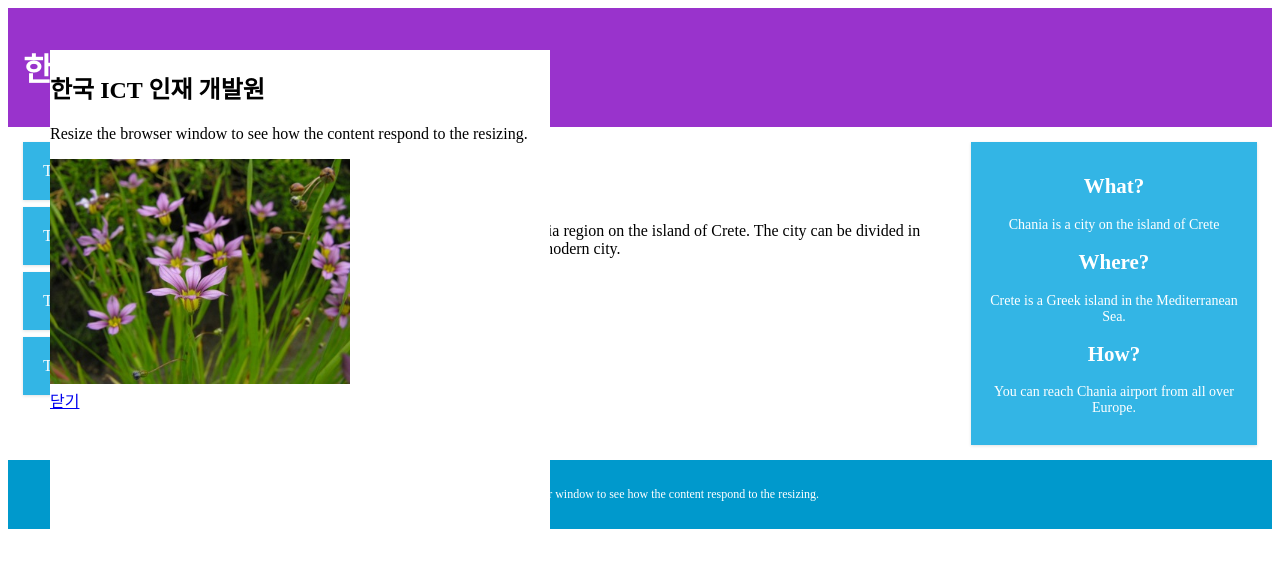
Repository: ady0099/webstudy
Page: 03_javascript/src/main/webapp/day02/ex18_event.html
An editor plug-in stored every save of this project. The page is shown before and after the next save, followed by the edit.
The browser window is 1280 px wide. The pictures show the whole page.
After loading, the first visible `a` was clicked once.

Above is the page before, as saved 2023-06-28 08:06:34.

### 03_javascript/src/main/webapp/day02/ex18_event.html
<!DOCTYPE html>
<html>
	<head>
		<meta charset="UTF-8">
		<title>반응협 웹 페이지</title>
		<style>
			*{
				box-sizing: border-box;
			}
			.header{
				background-color: #9933cc;
				color:white;
				padding:15px;
			}
			/* ::after => 요소의 콘텐츠 끝부분에 생성된 콘텐츠를 추가한다. */
			/* ::before => 요소의 콘텐츠 시작부분에 생성된 콘텐츠를 추가한다. */
			/* content:""; => */
			.row::after{
				content: "";
				display: block;
				clear: both;
			}
			.footer{
				/* clear:both; */ /* float: left 해제 */
				clear:both;
				background-color: #0099cc;
				color:white;
				text-align: center;
				font-size:12px;
				padding:15px;
			}
			.menu ul{
				list-style-type: none;
				margin:0;
				padding:0;
			}
			.menu li{
				padding:20px;
				margin-bottom:7px;
				background-color: #33b5e5;
				color:white;
				box-shadow: 0 1px 3px rgba(0,0,0,0.12);
			}
			.menu li:hover{
				background-color: #0099cc;
			}
			[class*="col-"]{
				float:left;
				padding:15px;
			}
			.aside{
				background-color: #33b5e5;
				padding:15px;
				color:white;
				text-align: center;
				font-size: 14px;
				box-shadow: 0 1px 3px rgba(0,0,0,0.12);
			}
			.col-1{width:8.33%;}
			.col-2{width:16.66%;}
			.col-3{width:25%;}
			.col-4{width:33.33%;}
			.col-5{width:41.66%;}
			.col-6{width:50%;}
			.col-7{width:58.33%;}
			.col-8{width:66.66%;}
			.col-9{width:75%;}
			.col-10{width:83.33%;}
			.col-11{width:91.66%;}
			.col-12{width:100%;}

			@media only screen and (max-width:760px){
				[class*="col-"]{
				  width: 100%;
			   }
			}
			div#popup{
				width: 500px;
				height: 800px;
				position: fixed;
				top:50px;
				left:50px;
				overflow: hidden;
				background-color: white;
			 }
		</style>

	</head>
	<body>
		<div class="header">
			<h1>한국 ICT 인재 개발원</h1>
		</div>
		<div class="row">
			<div class="col-3 menu">
				<ul>
					<li>The Flight</li>
					<li>The City</li>
					<li>The Island</li>
					<li>The Food</li>
				</ul>
			</div>
			<div class="col-6">
				<h1>The City</h1>
				<p>Chania is the capital of the Chania region on the island of Crete.
				The city can be divided in two parts, the old town and the modern city.</p>
			</div>
			<div class="col-3 right">
				<div class="aside">
					<h2>What?</h2>
					<p>Chania is a city on the island of Crete</p>
					<h2>Where?</h2>
					<p>Crete is a Greek island in the Mediterranean Sea.</p>
					<h2>How?</h2>
					<p>You can reach Chania airport from all over Europe.</p>
				</div>
			</div>
			<div class="footer">
				<p>Resize the browser window to see how the content respond to the resizing.</p>
			</div>
			<div id="popup">
				<h2>한국 ICT 인재 개발원</h2>
				<p>Resize the browser window to see how the content respond to the resizing.</p>

				<img alt="" src="../images/flower.jpg" width="300px">
				<div><a href="#" onclick="closed()">닫기</a></div>
			</div>
		</div>
	</body>
	<script type="text/javascript">
		function closed(){

		}
	</script>
</html>

After the next save:
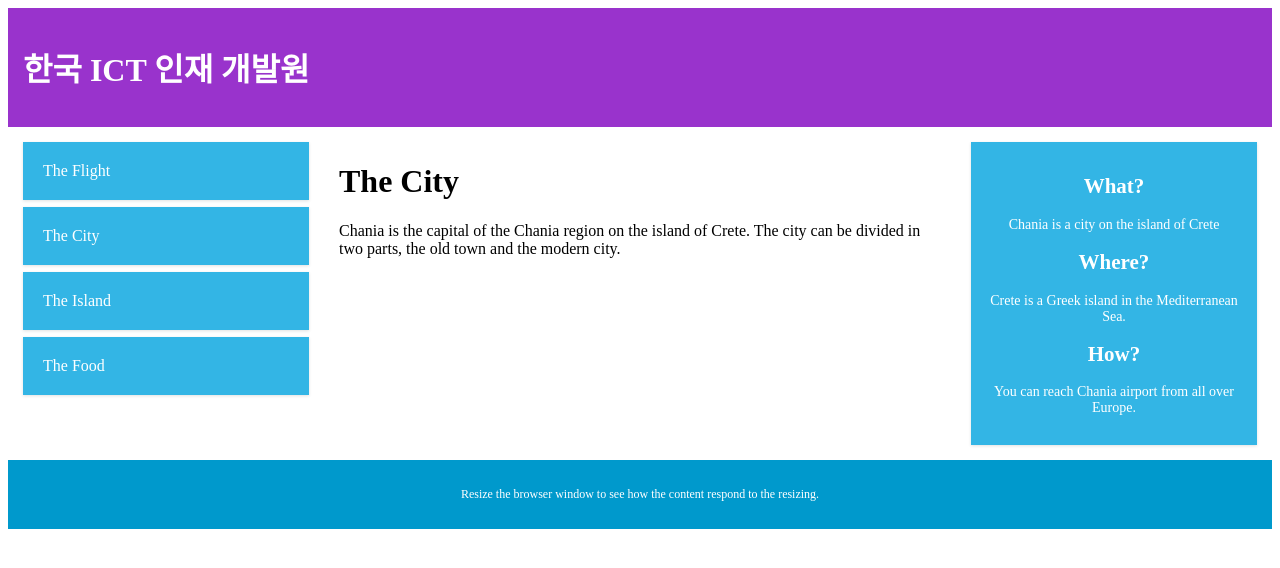
Saved 2 min 33 s later.
--- a/03_javascript/src/main/webapp/day02/ex18_event.html
+++ b/03_javascript/src/main/webapp/day02/ex18_event.html
@@ -128,7 +128,7 @@
 	</body>
 	<script type="text/javascript">
 		function closed(){
-
+			document.getElementById("popup").style.display='none';
 		}
 	</script>
 </html>
